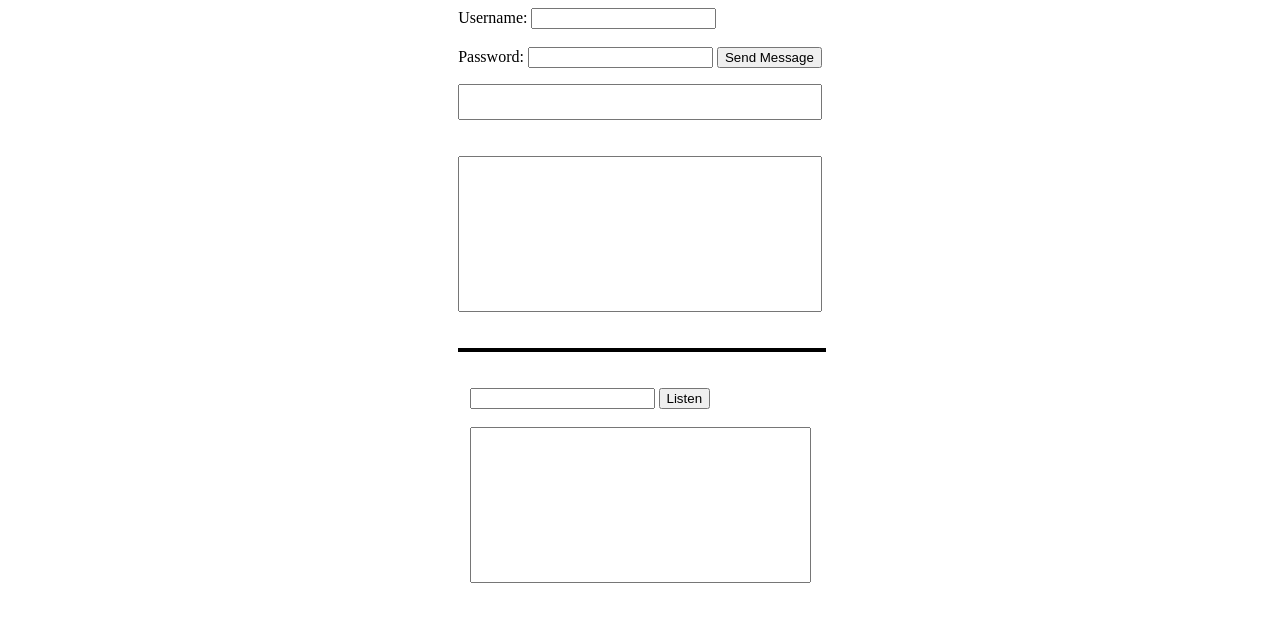
Repository: hosua/it-202
Page: http://localhost/
An editor plug-in stored every save of this project. The page is shown before and after the next save, followed by the edit.
The browser window is 1280 px wide. The pictures show the whole page.
The page is run by PHP 8.4 with error messages shown; the project is at /var/www/html/.

Above is the page before, as saved 2022-12-02 05:18:46.

### assign5/index.php
<html>
    <div class="container">
<?php
include 'info.php';

ini_set("display_errors", 1); // debugging
ini_set("display_startup_errors", 1); // debugging
?>
<form method=post action="logged-in.php">
    <label for=user>Username: </label>
    <input type=text id=user name=user>
    <br> <br>
    <label for=pass>Password: </label>
    <input type=password id=pass name=pass>
    <input type="submit" value="Send Message">
</form>
<textarea readonly id=active-users name=active-users cols=20 rows=2>
</textarea>
<br> <br>
<textarea id=messenger name=messenger cols=40 rows=10>
</textarea>
<br> <br>
<span class=warning id=warning>
<?php
 // error message here
?>
</span>
</div> <!-- messenger-container -->
<br> <br>
<div class=container>
    <label for=listener-name>
    <input type=text id=listener-name name=listener-name>
    <button type=button id=listener-button>Listen</button>
    <br> <br>
    <textarea id=listener name=listener cols=40 rows=10>
    </textarea>
</div> <!-- listener-container -->

<link rel="stylesheet" href="styles.css">

</html>

### assign5/info.php
<?php
	session_start();
	$dbserver= "localhost";
	$dbuser= "hoswoo";
	$dbpass = "m1z0m1z0";
	$dbname = "it202";

	$active_page = basename($_SERVER["PHP_SELF"], ".php");

	// This is how to make a .php page unvisitable.
	// User should never be able to visit this page since it only holds information and functions.
	if ( $_SERVER['REQUEST_METHOD']=='GET' && realpath(__FILE__) == realpath( $_SERVER['SCRIPT_FILENAME'] ) ) {
		header("location: index.php");
	}

	$conn = mysqli_connect($dbserver,$dbuser,$dbpass,$dbname);
	if (mysqli_connect_errno()){ echo "Failed to connect to MySQL: " . mysqli_connect_error(); exit(); }
?>

<link rel="stylesheet" href="styles.css">

### assign5/styles.css
.warning {
    border: 2px solid black;
    background-color: red;
    position: relative;
    width: 100%;
}

.container {
    display: grid;
    justify-content: center;
    align-items: center;
}

#active-users {
    resize: none;
}

#messenger {
    resize: none;
}

#listener {
    position: relative;
    width: 100%;
    resize: none;
}

After the next save:
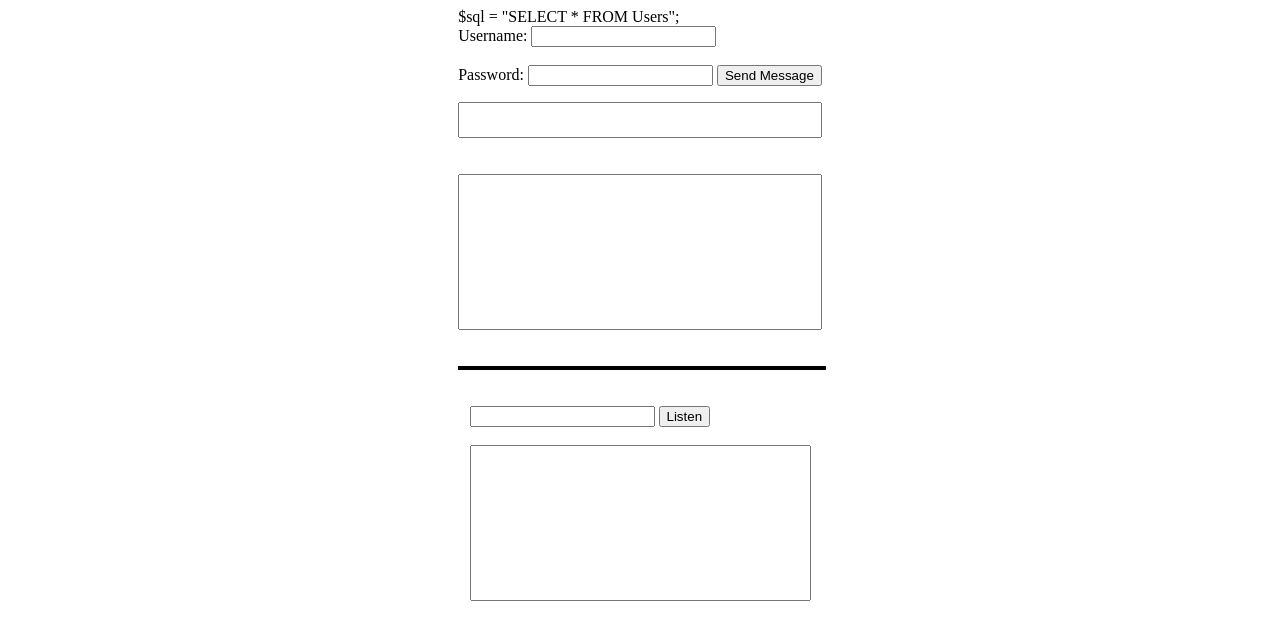
Saved 16 s later.
--- a/assign5/index.php
+++ b/assign5/index.php
@@ -6,6 +6,8 @@
 ini_set("display_errors", 1); // debugging
 ini_set("display_startup_errors", 1); // debugging
 ?>
+
+$sql = "SELECT * FROM Users";
 <form method=post action="logged-in.php">
     <label for=user>Username: </label>
     <input type=text id=user name=user>

After the 2 saves that followed:
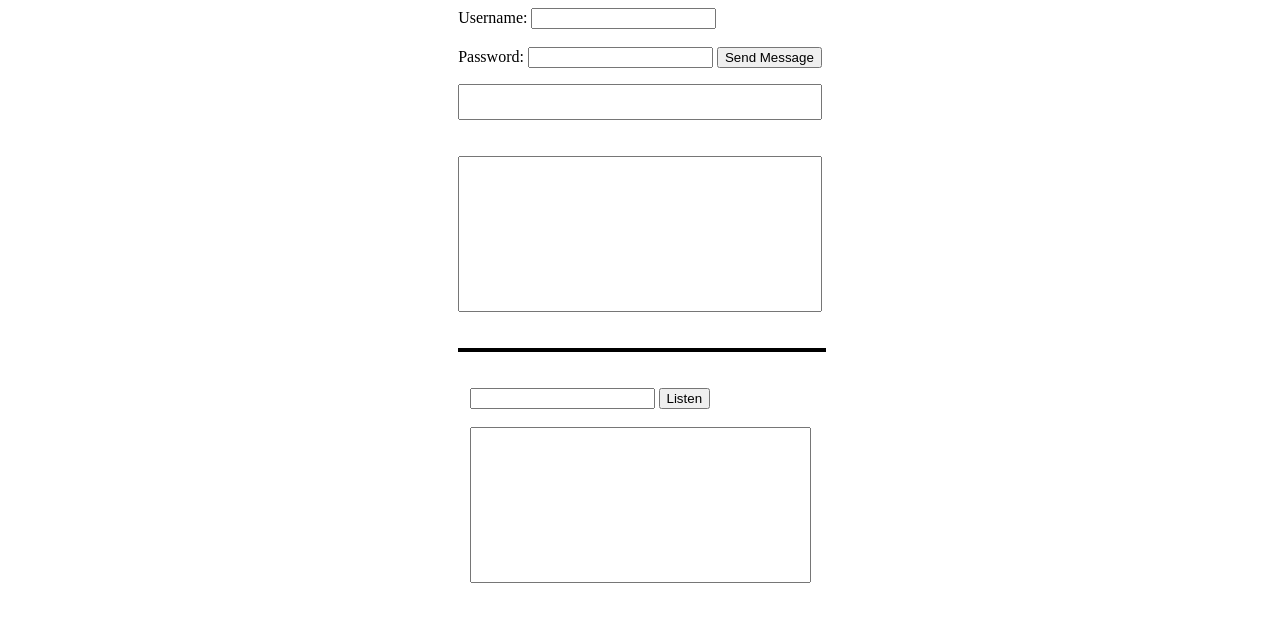
The 2 saves are shown as one change because 1 left the picture as it was.
The last was saved 35 s later.
--- a/assign5/index.php
+++ b/assign5/index.php
@@ -5,10 +5,11 @@
 
 ini_set("display_errors", 1); // debugging
 ini_set("display_startup_errors", 1); // debugging
+
+$sql = "SELECT * FROM Users";
 ?>
 
-$sql = "SELECT * FROM Users";
-<form method=post action="logged-in.php">
+<form method=post action="index.php">
     <label for=user>Username: </label>
     <input type=text id=user name=user>
     <br> <br>
